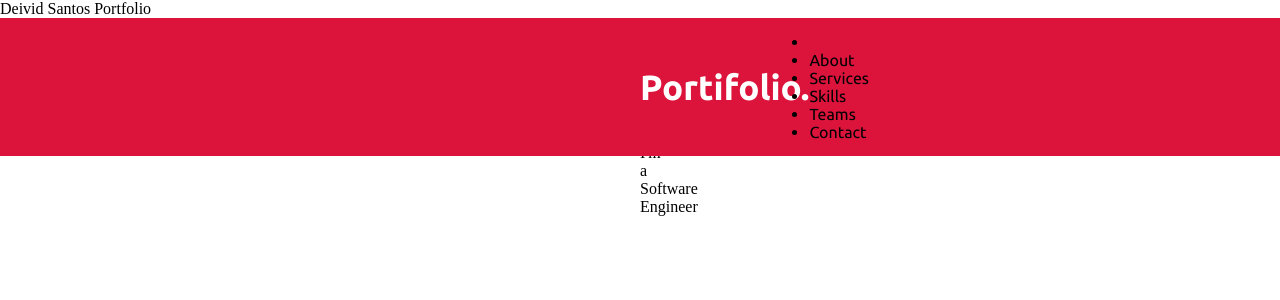
Repository: deividwsantoss/portfolio
Page: index.html
An editor plug-in stored every save of this project. The page is shown before and after the next save, followed by the edit.
The browser window is 1280 px wide. The pictures show the whole page.
Some web libraries are served in a nearby version.

Above is the page before, as saved 2021-03-01 17:34:13.

### index.html
<!DOCTYPE html>
<html lang="en">
    <head>
        <meta charset="UTF-8">
        <meta name="viewport" content="width=device, initial-scale=1.0">
        <tile>Deivid Santos Portfolio</tile>
        <link rel="stylesheet" href="/Content/style.css">
        <script src="https://kit.fontawesome.com/a076d05399.js" crossorigin="anonymous"></script>
    </head>
<body>
    <nav class="navbar">
        <div class="max-width">
            <div class="logo"><a href="#">Portifo<span>lio.</span></a></div>
            <ul class="menu">
                <li><a href="#"></a><Home/li>
                <li><a href="#"></a>About</li>
                <li><a href="#"></a>Services</li>
                <li><a href="#"></a>Skills</li>
                <li><a href="#"></a>Teams</li>
                <li><a href="#"></a>Contact</li>
            </ul>

        </div>

    </nav>

    <!-- Home Section Start -->
    <section class="home" id="home">
        <div class="max-width">
            <div class="home-content">
                <div class="text-1">Hello, my name is </div>
                <div class="text-1">Deivid Santos </div>
                <div class="text-1">And I'm a <span>Software Engineer</span></div>
            </div>
        </div>
    </section>

</body>
</html>

### Content/style.css
@import url('https://fonts.googleapis.com/css2?family=Poppins:wght@400;500;600;700&family=Ubuntu:wght@400;500;700&display=swap');

*{
    margin: 0;
    padding: 0;
    box-sizing: border-box;
    text-decoration: none;
}
/* Navbar styling */
.max-width{
    max-width: 130px;
    padding: 0 80px;
    margin: auto;

}

.navbar {
    position: fixed;
    width: 100%;
    padding:15px 0;
    background: crimson;
    font-family: 'Ubuntu', sans-serif;

}
.navbar .max-width{
    display: flex;
    align-items: center;
    justify-content: space-between;
}
.navbar .logo a{
    color: #fff;
    font-size: 35px;
    font-weight: 600;
}
.navbar .menu .li {
    list-style: none;
    display: inline-block;
}
.navbar .menu .li a{
    color:#fff;
    font-size: 18px;
    font-weight: 500;
    margin-left: 25px;
}

After the next save:
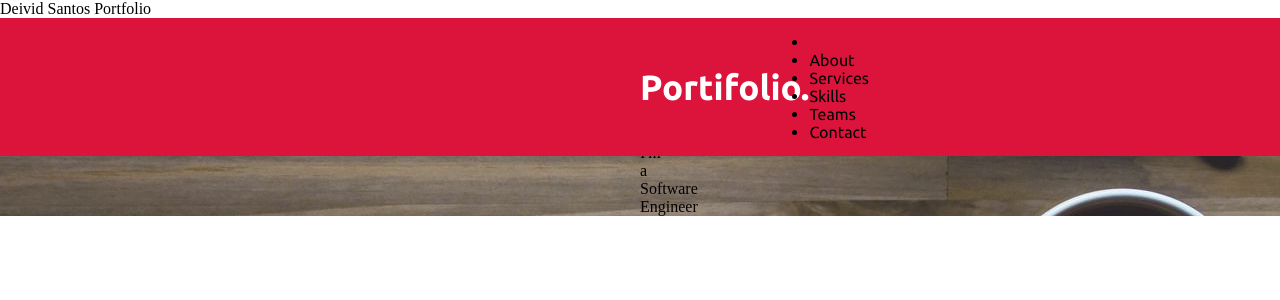
Saved 5 min 21 s later.
--- a/Content/style.css
+++ b/Content/style.css
@@ -42,3 +42,10 @@
     font-weight: 500;
     margin-left: 25px;
 }
+
+/* Home Section Styling */
+
+.home{
+    display: flex;
+    background: url("/images/banner.jpg") no-repeat center;
+}
